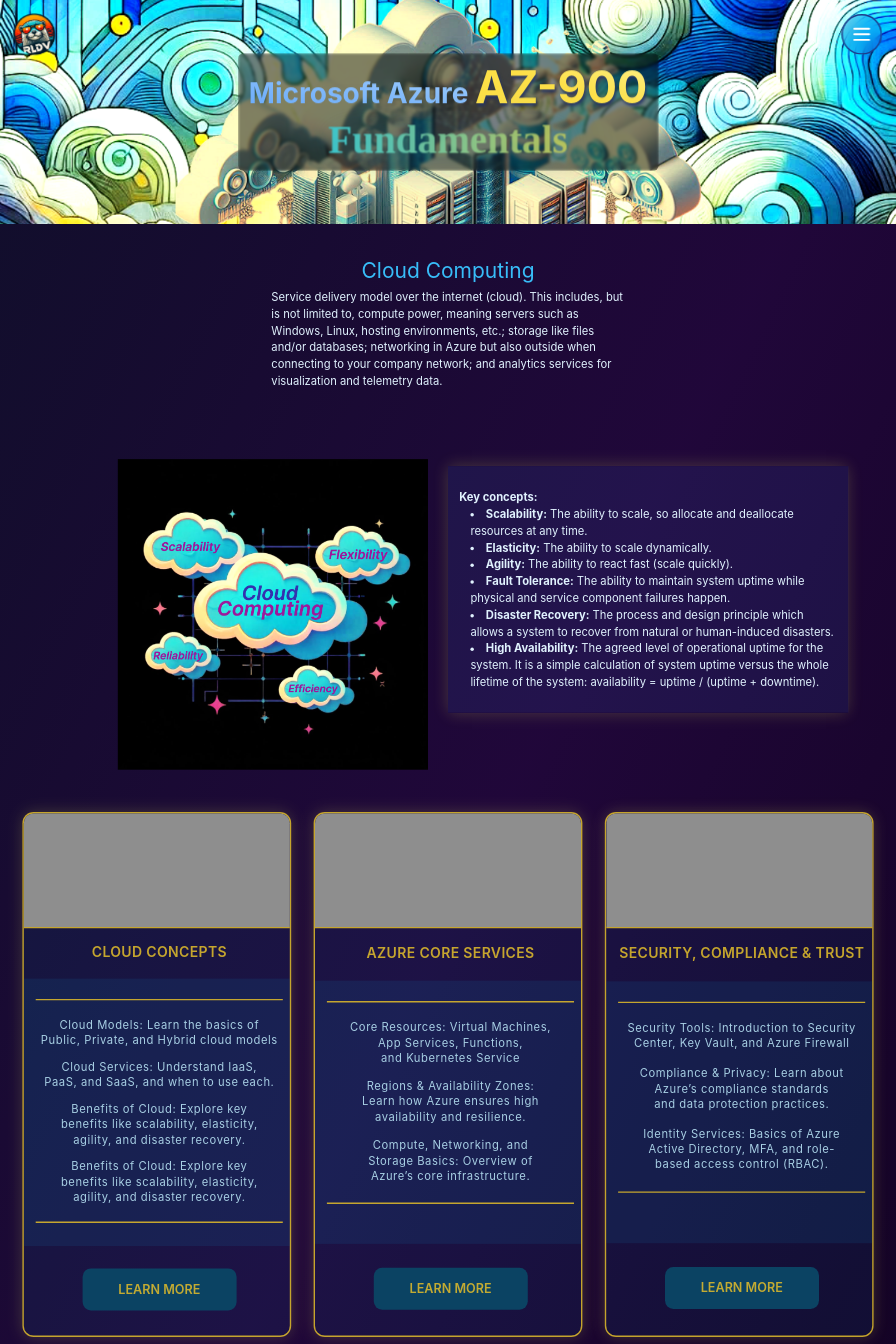
Repository: Freezler/az-900_svelte5
Page: /
The author's editor kept a copy of each file at every save. The page is drawn from the files as they stood at one save, then again after the next save.
The browser window is 1280 px wide. The pictures show the part of the page from y = 0 to 1920 px (the page is 2638 px tall), at 70% of full size.
Pictures or frames that could not be fetched are drawn as grey boxes. The project was rebuilt for these pictures with package versions that can differ from the ones it lists, and the page was loaded fresh each time. The framework's server and built-in components were replaced by stand-ins that run in the browser. Also part of the build but not shown: vite.config.ts.

Above is the page before, as saved 2024-11-10 10:46:24.

After the next save:
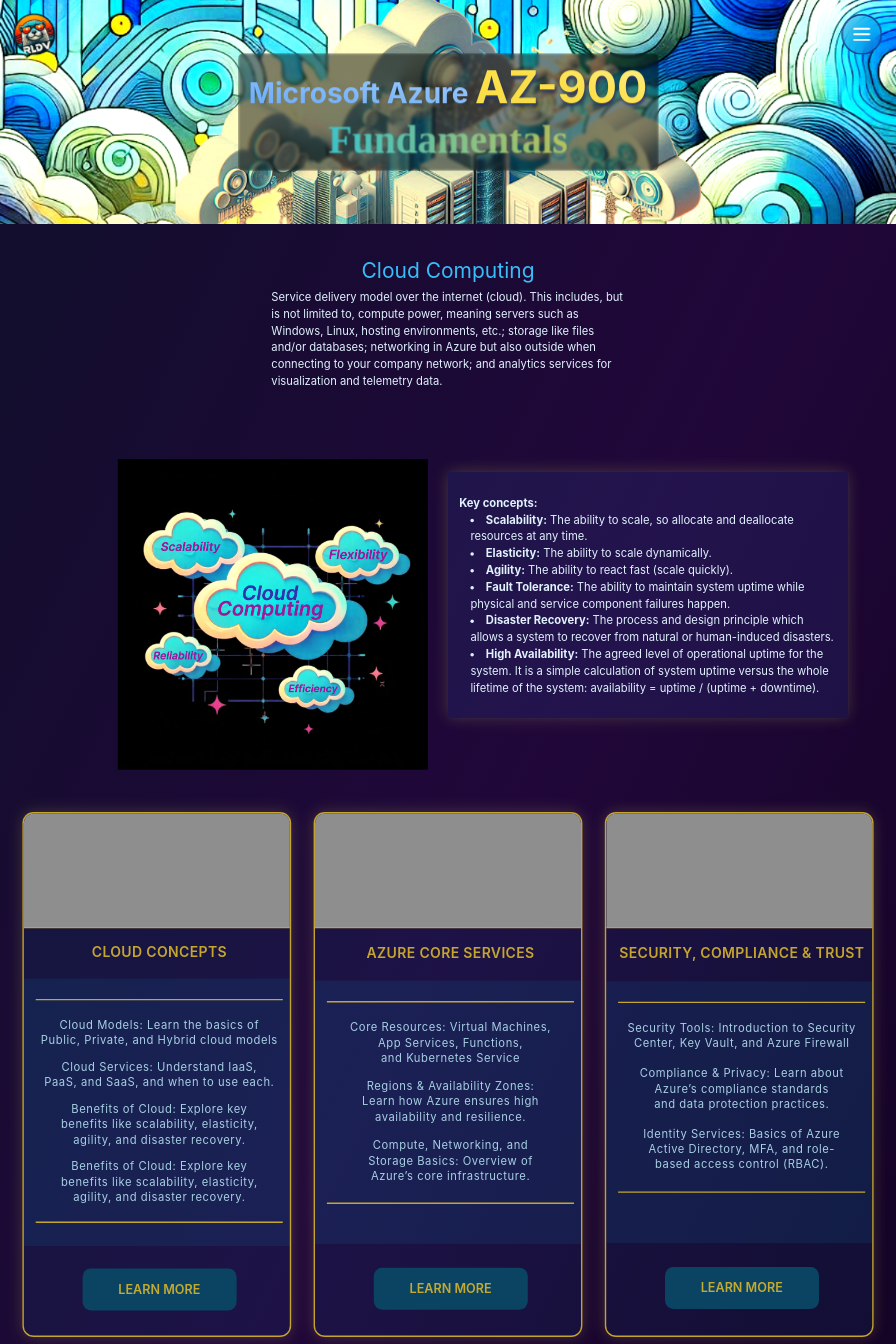
Saved 8 s later.
--- a/src/components/ComputingArticle.svelte
+++ b/src/components/ComputingArticle.svelte
@@ -17,7 +17,7 @@
 		class=" text-sky-100  w-[572px] "
 	/>
 	<article
-		class=" bg-blue-500/10  text-sky-100 px-4 py-8 w-[572px] prounded-xl shadow-[0_0px_22px_rgba(255,255,99,0.2)]"
+		class=" bg-blue-500/10  text-sky-100 px-4 py-8 w-[572px] mt-4 prounded-xl shadow-[0_0px_22px_rgba(255,255,99,0.2)]"
 	>
 		<p><strong>Key concepts:</strong></p>
 		<ul class="list-inside list-disc pl-4">
